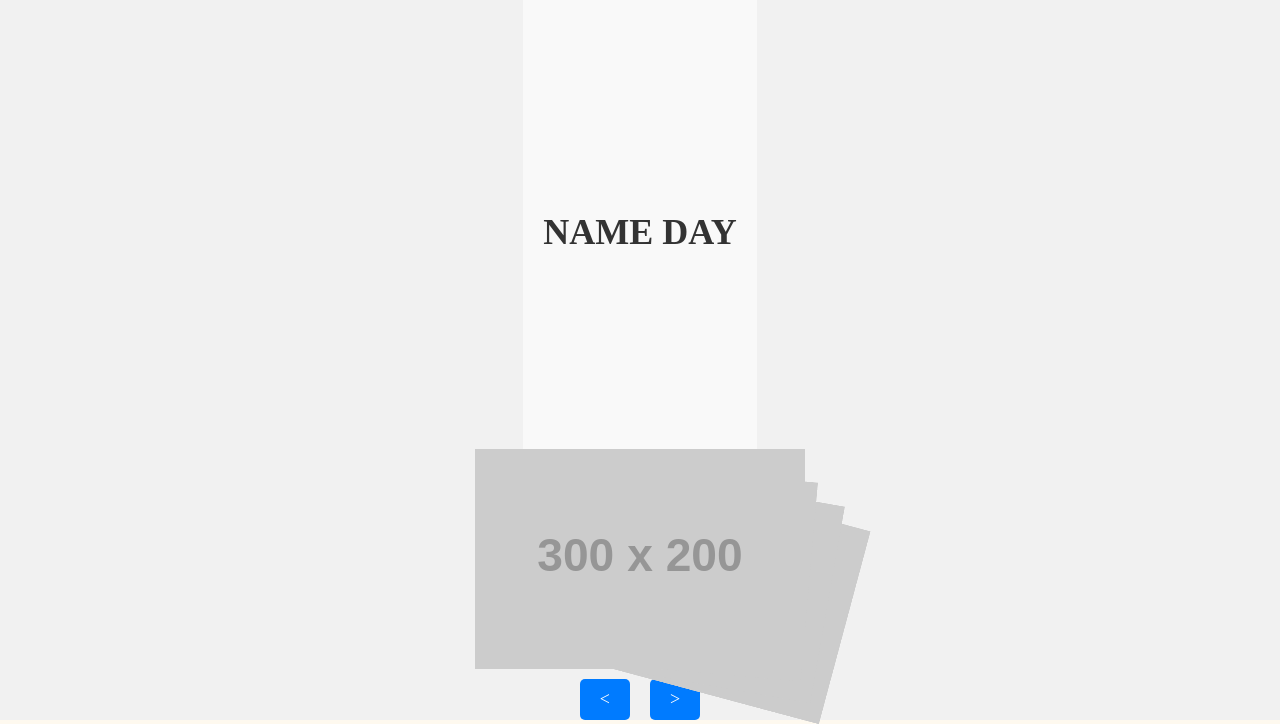
Repository: naps00/BIRTHDAY
Page: /details
These files come from the project's save history. The page is drawn as it stood at one moment and after the next save; the edit follows.
The browser window is 1280 px wide. The pictures show the whole page.
The project was rebuilt for these pictures with package versions that can differ from the ones it lists, and the page was loaded fresh each time.

Above is the page before, as saved 2024-12-12 04:15:47.

After the next save:
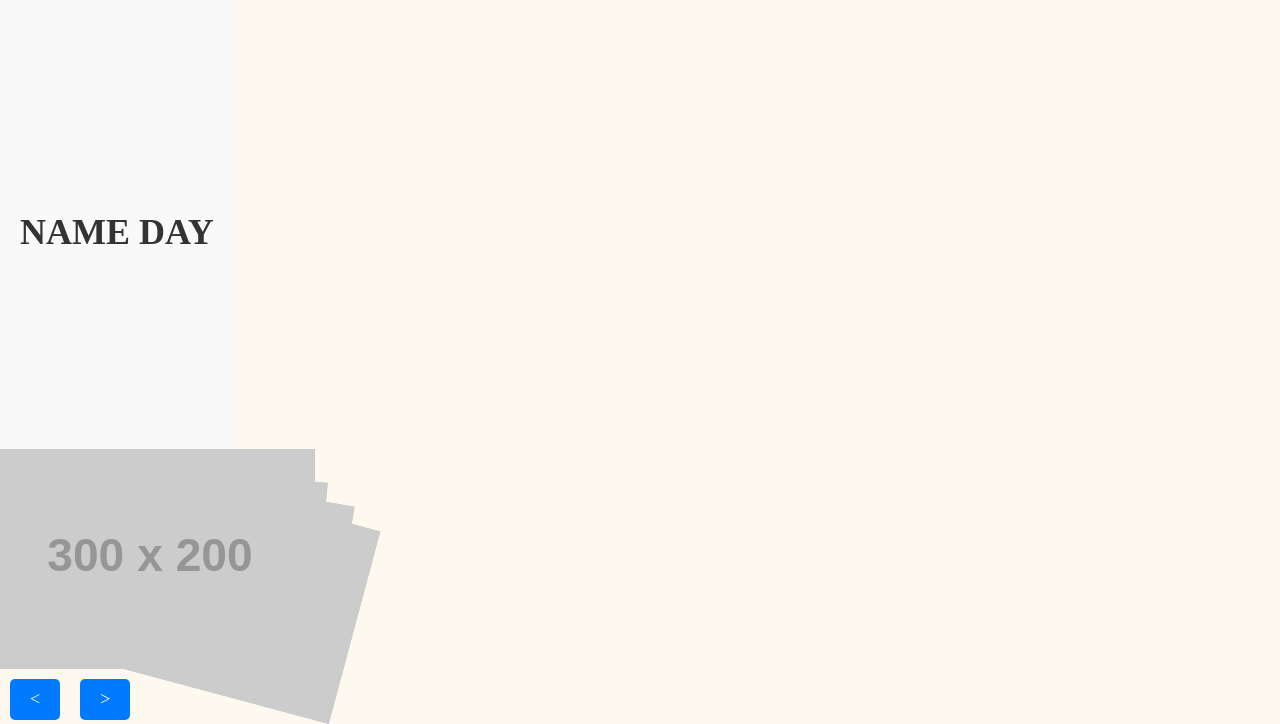
Saved 41 s later.
--- a/src/details.css
+++ b/src/details.css
@@ -1,11 +1,10 @@
 .details-page {
   display: flex;
-  flex-direction: column;
   justify-content: center;
-  align-items: center;
+  align-items: flex-start; /* จัดข้อความให้อยู่ที่ด้านบนสุด */
   height: 100vh;
-  background-color: #f1f1f1;
-  position: relative;
+  transition: background-color 2s ease-in-out;
+  flex-direction: column; /* ให้ข้อความอยู่ด้านบน และภาพอยู่ด้านล่าง */
 }
 
 .text-section {
